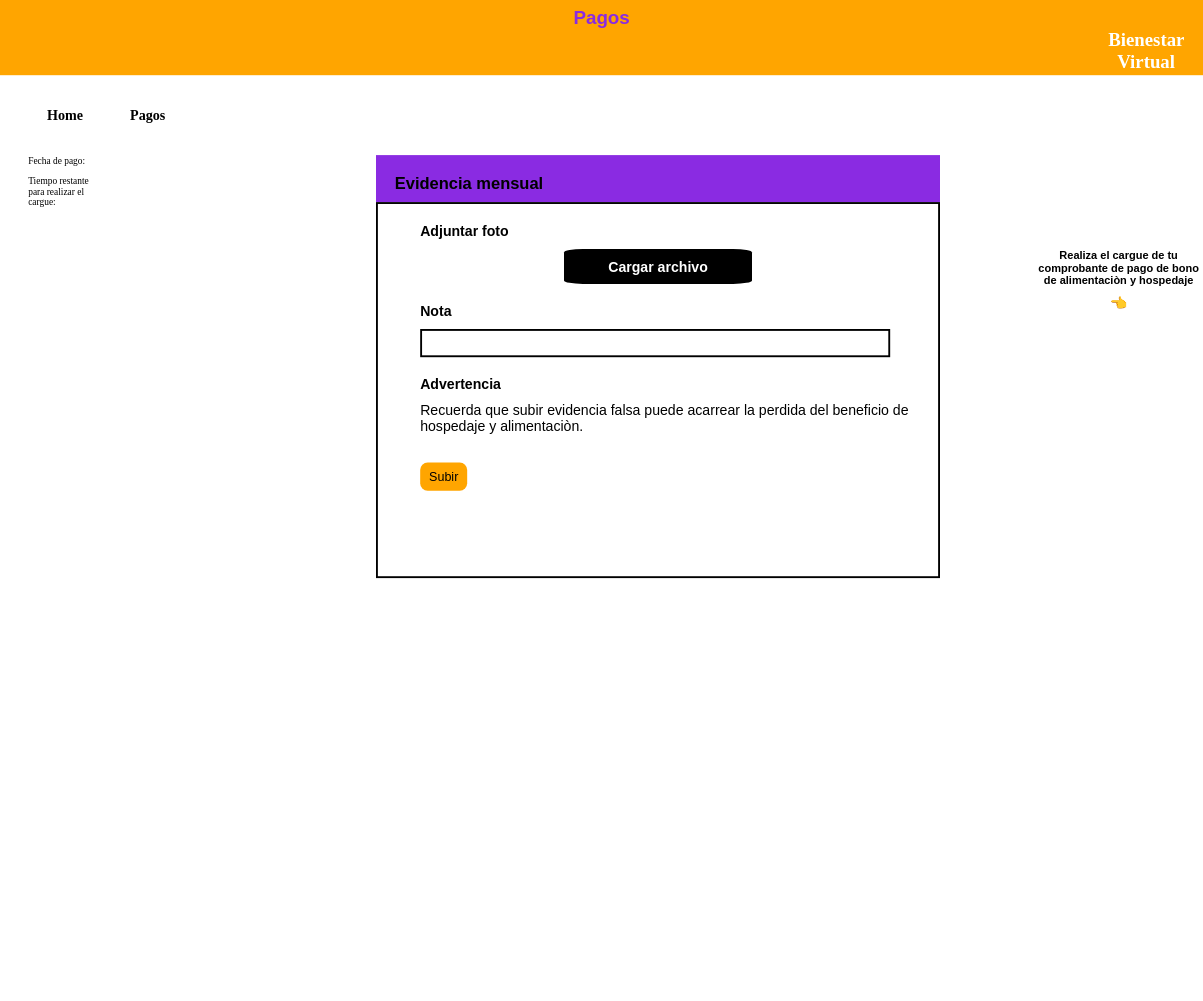
Repository: Diani123/Mis-actividades
Page: softwarebienestarinstitucional/pagos.html
An editor plug-in stored every save of this project. The page is shown before and after a run of saves, followed by the edit.
The browser window is 1280 px wide. The pictures show the whole page, at 94% of full size.

Above is the page before, as saved 2023-02-12 20:44:42.

### softwarebienestarinstitucional/pagos.html
<!DOCTYPE html>
<html lang="en">
  <head>
    <meta charset="UTF-8" />
    <meta http-equiv="X-UA-Compatible" content="IE=edge" />
    <meta name="viewport" content="width=device-width, initial-scale=1.0" />
    <link rel="stylesheet" href="./pagos.css" />
    <title>Document</title>
  </head>
  <body>
    <header>
      <div class="Encabezado">
        <h2 class="title1">Pagos</h2>
        <h2 class="title2">Bienestar</h2>
        <h2 class="title3">Virtual</h2>
      </div>
    </header>
    <div class="Items">
      <a href="./home.html" class="item"><h2 class="item-title">Home</h2></a>
      <a href="./pagos.html" class="item"><h2 class="item-title">Pagos</h2></a>
    </div>
    <div class="ContainerT">
      <div class="contenedor0">
        <span>Fecha de pago:</span><br><br>
        <span>Tiempo restante para realizar el cargue:</span>
      </div>

      <div class="contenedor1">
      <div class="ContainerTitle">
        <h3 class="title4">Evidencia mensual</h3>
      </div>
      <div class="Container-dowload">
        <form
          action="../../form-result.php"
          method="post"
          enctype="multipart/form-data"
          target="_blank"
        >
          <p class="textt">Adjuntar foto</p>
          <br />

          <div class="custom-input-file col-md-6 col-sm-6 col-xs-6">
            <input
              type="file"
              id="fichero-tarifas"
              class="input-file"
              value=""
            />
            Cargar archivo
          </div>

          <p class="textt">Nota</p>
          <br />
          <section class="Section-nota">
            <input class="input3" type="text" name="" id="" />
          </section>
          <p class="textt">Advertencia</p>
          <br />
          <h2 class="advertencia">
            Recuerda que subir evidencia falsa puede acarrear la perdida del
            beneficio de hospedaje y alimentaciòn.
          </h2>
          <button class="boton">Subir</button>
        </form>
      </div>
      </div>
      <div class="contenedor2">
        <h3>Realiza el cargue de tu comprobante de pago de bono de alimentaciòn y hospedaje</h3>
        <h2 class="text-contenedor2">👈</h2>
      </div>
    </div>

  </body>
</html>

### softwarebienestarinstitucional/pagos.css
* {
  margin: 0;
  padding: 0;
  box-sizing: border-box;
}
html {
  font-size: 62.5%;
}
html,
body {
  min-height: 100%;
}
.Encabezado {
  display: flex;
  flex-direction: column;
  width: 100%;
  height: 80px;
  background-color: orange;
}
.Items {
  display: flex;
  flex-direction: row;
  text-align: left;
  height: 50px;
  margin-top: 15px;
  margin-bottom: 20px;
}
.title1 {
  padding-top: 8px;
  text-align: center;
  font-size: 2rem;
  font-family: Arial, Helvetica, sans-serif;
  color: blueviolet;
}
.title2 {
  text-align: end;
  margin-right: 20px;
  font-size: 2rem;
  color: white;
}
.title3 {
  text-align: end;
  margin-right: 30px;
  font-size: 2rem;
  color: white;
  padding-top: px;
}
.item-title {
  padding-top: 20px;
  padding-left: 50px;
  color: black;
}
.item {
  text-decoration: none;
}
.item:hover {
  border-bottom: solid 2px orange;
  border-width: 2px;
}

.ContainerTitle {
  margin-left: 300px;
  height: 50px;
  width: 600px;
  background-color: blueviolet;
  padding-left: 20px;
  padding-top: 20px;
  font-size: 1.5rem;
  font-family: Arial, Helvetica, sans-serif;
}
.Container-dowload {
  margin-left: 300px;
  width: 600px;
  height: 400px;
  border: solid 2px black;
}
.ContainerT {
  display: grid;
  grid-template-columns: repeat(3, 1fr);
  grid-template-rows: repeat(2, 1fr);
  grid-column-gap: 0px;
  grid-row-gap: 0px;
}

.textt {
  margin-top: 20px;
  margin-left: 45px;
  font-size: 1.5rem;
  font-weight: 700;
  font-family: Arial, Helvetica, sans-serif;
}
.section1 {
  width: 500px;
  height: 80px;
  margin-left: 45px;
  border: solid 2px black;
  justify-content: center;
  align-items: center;
}

.input3 {
  width: 500px;
  height: 30px;
  margin-left: 45px;
  border: solid 2px black;
}
.advertencia {
  margin-left: 45px;
  font-weight: 100;
  font-family: Arial, Helvetica, sans-serif;
}
.boton {
  margin-top: 30px;
  margin-left: 45px;
  width: 50px;
  height: 30px;
  background-color: orange;
  border-radius: 8px;
  border: none;
  cursor: pointer;
}
.boton:hover {
  box-shadow: 0 0 20px blueviolet;
}
.custom-input-file {
  background-color: black;
  color: #fff;
  cursor: pointer;
  font-size: 1.5rem;
  font-weight: bold;
  margin: 0 auto 0;
  min-height: 15px;
  overflow: hidden;
  padding: 10px;
  position: relative;
  text-align: center;
  width: 200px;
  border-radius: 10%;
  font-family: Arial, Helvetica, sans-serif;
}

.custom-input-file .input-file {
  border: 10000px solid transparent;
  cursor: pointer;
  font-size: 10000px;
  margin: 0;
  opacity: 0;
  outline: 0 none;
  padding: 0;
  position: absolute;
  right: -1000px;
  top: -1000px;
}
.contenedor0{
  margin-left: 30px;
}
.contenedor2{
  margin-left: 80px;
  margin-top: 100px;
  width: 200px;
  height: 50px;
  padding-left: 20px;
  text-align: center;
  font-family: Arial, Helvetica, sans-serif;
  border-radius: solid 2px orange;
}
.text-contenedor2{
  margin-top: 10px;
}

After the next 2 saves:
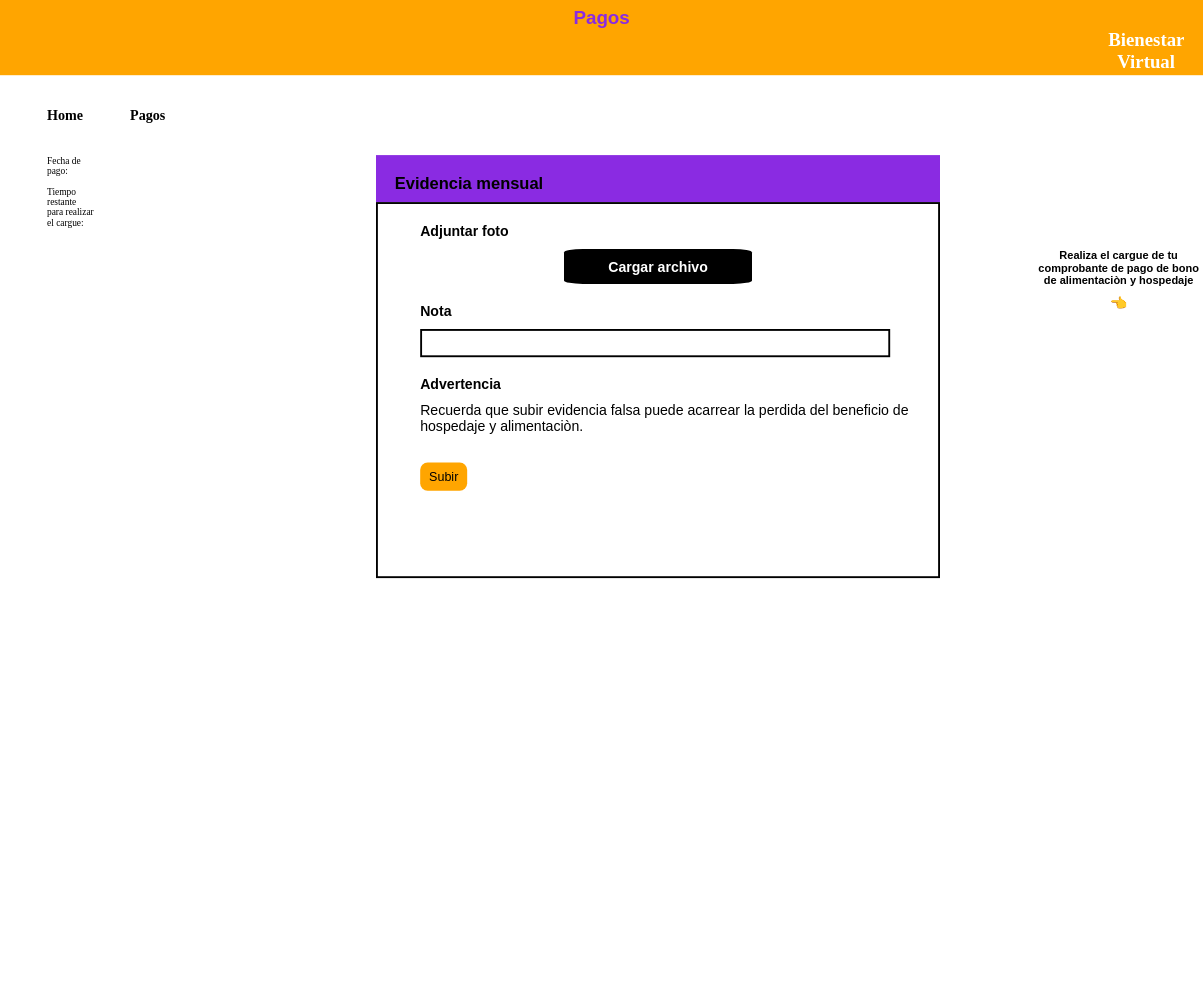
The 2 saves are shown as one change because they came seconds apart.
The last was saved 10 s later.
--- a/softwarebienestarinstitucional/pagos.css
+++ b/softwarebienestarinstitucional/pagos.css
@@ -152,7 +152,7 @@ body {
   top: -1000px;
 }
 .contenedor0{
-  margin-left: 30px;
+  margin-left: 50px;
 }
 .contenedor2{
   margin-left: 80px;
